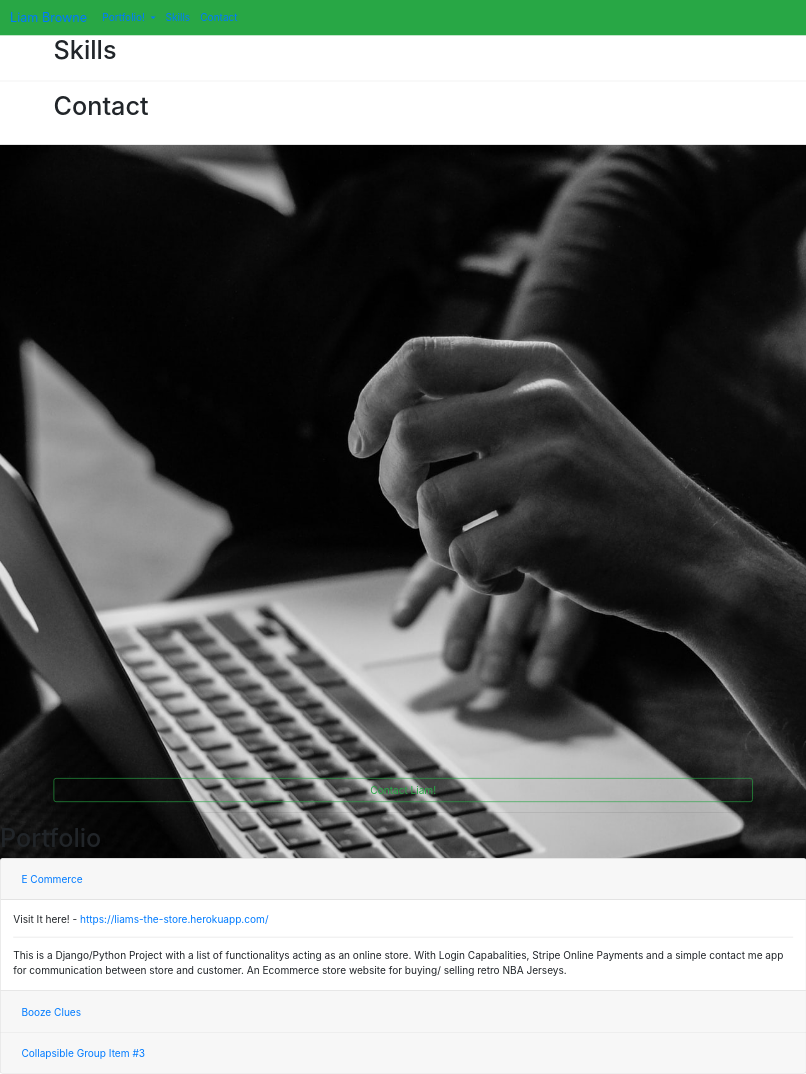
Repository: LiamB123/LiamBrowne.com.github.io
Page: index.html
The author's editor kept a record of every edit. The page is drawn from the files as they stood at one moment, then again after the next edit.
The browser window is 1280 px wide. The pictures show the whole page, at 63% of full size.

Above is the page before.

After the next edit:
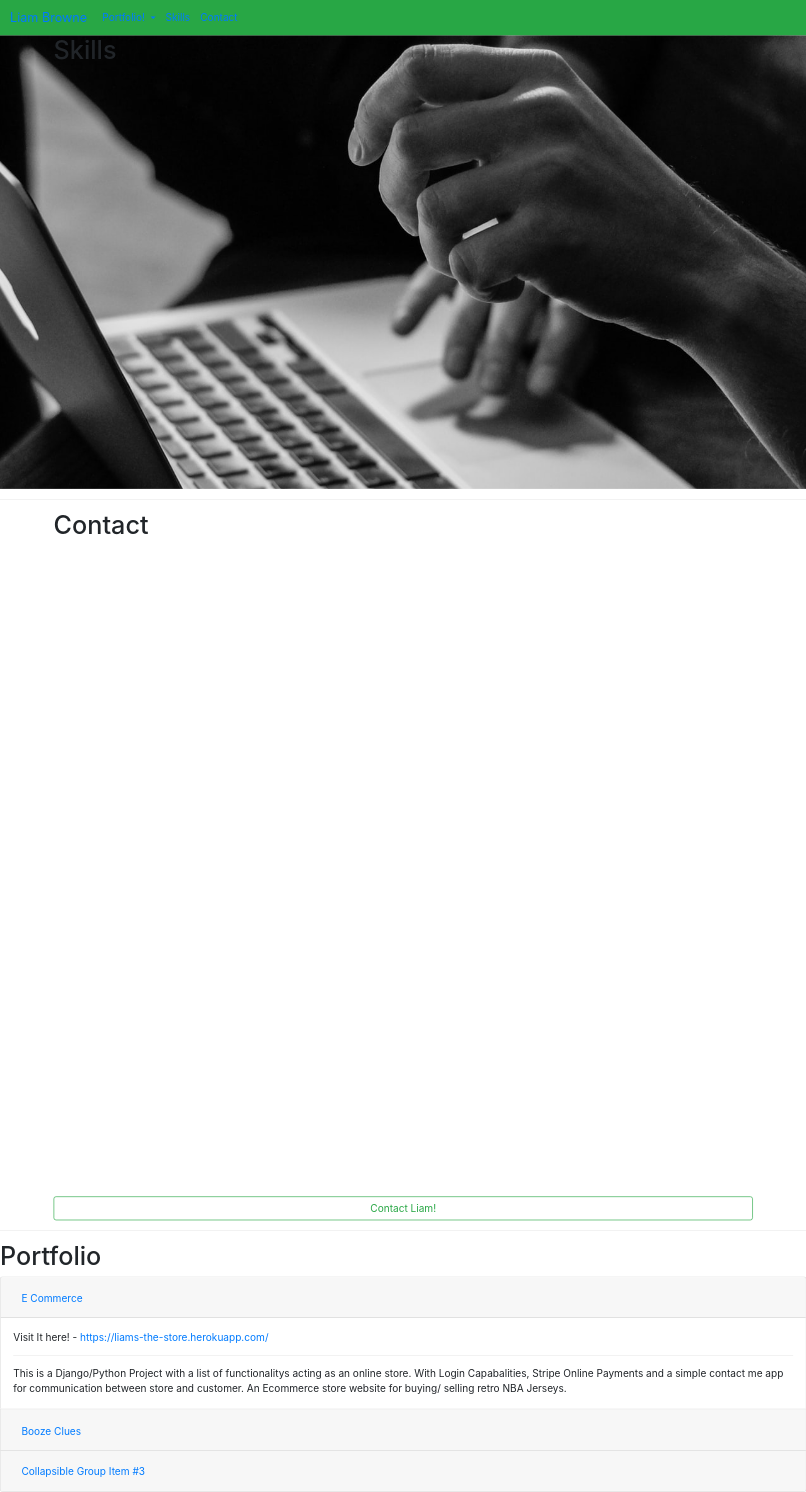
The edit:
--- a/index.html
+++ b/index.html
@@ -69,10 +69,11 @@
         </div>
       </section>
     </div>
-    <hr>
-
-    <section class="contact-img ">
-      <div class="container">
+  </div>
+  <hr>
+
+  <section class="contact-img ">
+    <div class="container">
 
 
       <h1>
@@ -134,7 +135,7 @@
           </div>
         </div>
       </div>
-  </div>
+    </div>
 
   </section>
   <hr>
